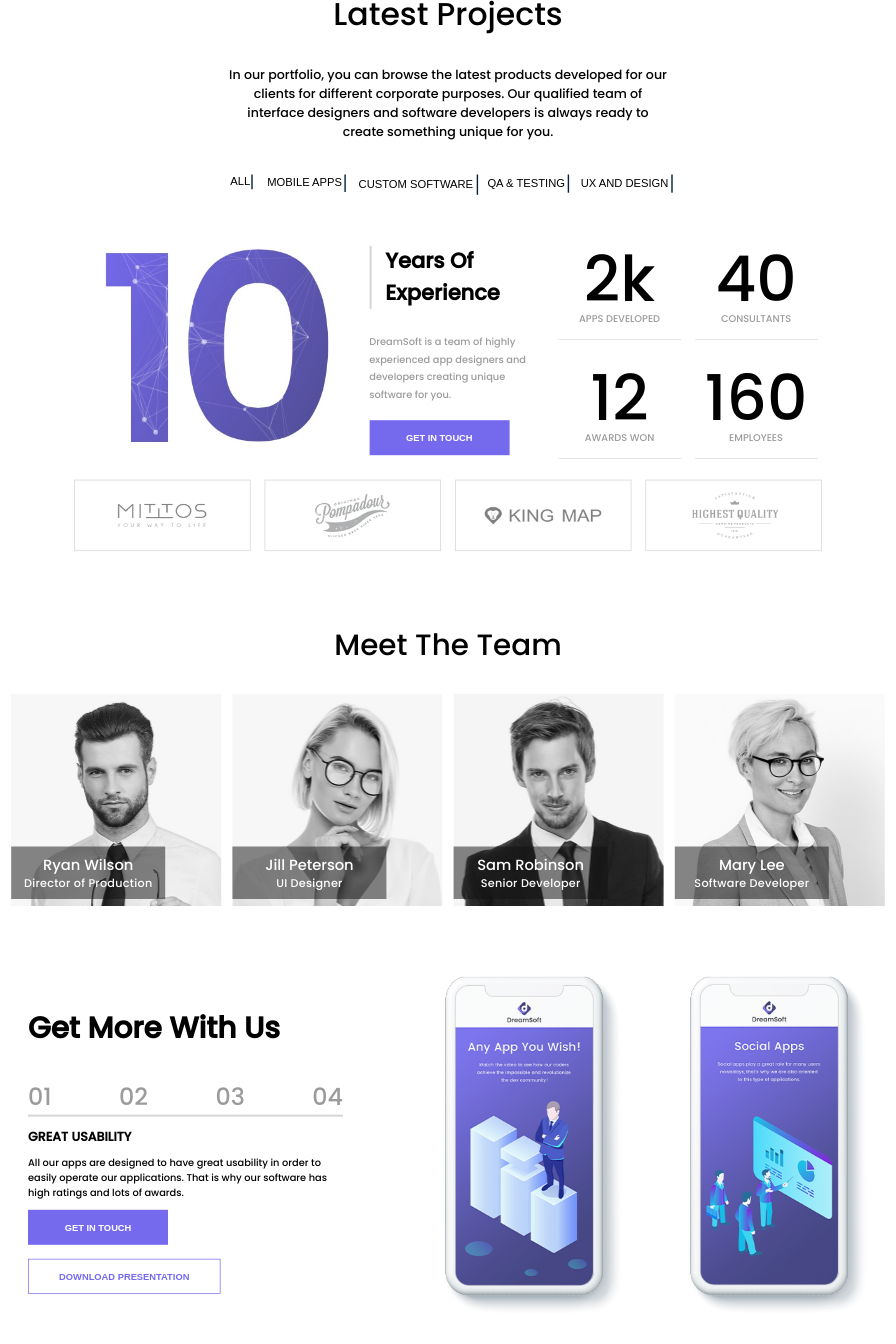
Repository: kkyler24/ladders-bootcamp-awesome
Page: index.html
These files come from the project's save history. The page is drawn as it stood at one moment and after the next save; the edit follows.
The browser window is 1280 px wide. The pictures show the part of the page from y = 1445 to 3365 px (the page is 6166 px tall before and 6173 px after), at 70% of full size.

Above is the page before, as saved 2021-03-20 10:29:13.

### index.html
<!DOCTYPE html>
<html lang="en">
  <head>
    <meta charset="UTF-8" />
    <meta name="viewport" content="width=device-width, initial-scale=1.0" />
    <link rel="stylesheet" href="style.css" />
    <link rel="stylesheet" href="kstyle.css" />
    <link rel="preconnect" href="https://fonts.gstatic.com">
    <link href="https://fonts.googleapis.com/css2?family=Poppins:wght@500&display=swap" rel="stylesheet">
    <title>Demo</title>
  </head>
  <body>
    <header></header>
    <nav class="container-nav">
      <a class="logopic">
        <img src="./img/jumbotron/logo-default-191x52.png" alt="MCLA LOGO"   height="63.99" width="220">
      </a>
      <div class="nav-link">
      <ul>
        <li class=" list-inline">
          <a href="./index.html">Home</a>
        </li>
        <li class="nav-item active list-inline">
          <a href="./index.html">About Us</a>
        </li>
        <li class="nav-item active list-inline">
          <a href="./index.html">Gallery</a>
        </li>
        <li class="nav-item active list-inline">
          <a href="./index.html">Pricing</a>
        </li>
        <li class="nav-item active list-inline">
          <a href="./index.html">Blog</a>
        </li>
      </ul>
    </div>
      <!-- <button></button> -->

    </nav>
    <!-- jumbotron 3 slides -->
    <div id="jumbotron" class="carousel">
      <!-- <ul class ="carousel-indicators">
          <li data-target="#carouselExampleCaptions" data-slide-to="0" class="active"></li>
          <li data-target="#carouselExampleCaptions" data-slide-to="1"></li>
          <li data-target="#carouselExampleCaptions" data-slide-to="2"></li>
          <li data-target="#carouselExampleCaptions" data-slide-to="3"></li>
      </ul> -->
      <div class="container-jumbo">
          <div class="carousel-item">
              <img id="jumboimgOne"src="./img/jumbotron/jess-bailey-q10VITrVYUM-unsplash.jpg"  alt="..." />
              <div class="jumboheadline">
                <h2 class="jumbotext">Mobile App Development</h2><br>
                  <div id="indext">
                    <p class="jumboPara"> Since our establishment, we have delivering high-quality and sutainable <br> software solutions for corporate purpose of worldwide business.</p>
                  </div>

              </div>
          </div>
          <!-- <div class="carousel-item">
              <img src="Assets/diversity2gether.jpg" class="d-block w-100" alt="..." />
              <div class="carousel-caption d-none d-md-block">
                  <h5>We Celebrate diversity</h5>
              </div>
          </div>
          <div class="carousel-item">
              <img src="Assets/womensrights.jpg" class="d-block w-100" alt="..." />
              <div class="carousel-caption d-none d-md-block">
                  <h5> We charise our choices</h5>
              </div>
          </div>
          <div class="carousel-item">
              <img src="Assets/climate.jpg" class="d-block w-100" alt="..." />
              <div class="carousel-caption d-none d-md-block">
                  <h5> We protect whats ours</h5>
              </div> -->
          </div>
      </div>
  </div>
  <!-- <a class="carousel-control-prev" href="#carouselExampleCaptions" role="button" data-slide="prev">
      <span class="carousel-control-prev-icon" aria-hidden="true"></span>
      <span class="sr-only">Previous</span>
  </a>
  <a class="carousel-control-next" href="#carouselExampleCaptions" role="button" data-slide="next">
      <span class="carousel-control-next-icon" aria-hidden="true"></span>
      <span class="sr-only">Next</span>
  </a> -->
</div>

    </section>

    <section class="all-service-section">
      <!-- see all services -->
          <div class="all-services-img">
            <img src="https://ld-wt73.template-help.com/wt_prod-18959/images/index-1-415x592.jpg" alt="" width="415" height="592">
          </div>

          <div class="all-services-container">

              <div class="corporate-solutions-block">
                <h3 class="all-services-h3">See All Services</h3>
                <button class="all-services-button">All Services</button>
              </div>
              <div class="corporate-solutions-block">
                <img src="./img/icon-phone.PNG" alt="">
                <h4 class="services-title-h4">CORPORATE SOLUTIONS</h4>
                <p class="corporate-solutions-text">Need specific software for your company? We are ready to develop it!</p>
              </div>
              <div class="corporate-solutions-block">
                <img src="./img/icon-headset.PNG" alt="">
                <h4 class="services-title-h4">CALL CENTER SOLUTIONS</h4>
                <p class="corporate-solutions-text">Our experts provide custom products of any complexity for call centers.</p>
              </div>
              <div class="corporate-solutions-block">
                <img src="./img/icon-cloud-box.PNG" alt="">
                <h4 class="services-title-h4">CLOUD DEVELOPMENT</h4>
                <p class="corporate-solutions-text">We can also offer you reliable cloud development solutions.</p>
              </div>

          </div>
    </section>

    <section id="sectThree">
      <!-- latest Projects -->
      <div class="latestPro">
        <h1 id="latestPro"> Latest Projects</h1>
        <p id="latestPara">In our portfolio, you can browse the latest products developed for our clients for different corporate purposes. Our qualified team of interface designers and software developers is always ready to create something unique for you.</p>
        <div id="latestRow">
         <div class="latestButtons"><button>All</button></div>
         <div class="latestButtons"><button>Mobile Apps</button></div>
         <div class="latestButtons"><button>custom Software</button></div>
         <div class="latestButtons"><button>QA & Testing</button></div>
         <div class="latestButtons"><button>UX and Design</button></div>
        </div>

      </div>
    </section>

    <section class="achievements-section">
      <!-- achievements -->
      <figure>
      <img src="./img/10.jpg" alt="Animated number ten" height="300" />
      </figure>
      <div class="years-of-experience-container">
        <h1>Years Of Experience</h1>
        <p>
          DreamSoft is a team of highly experienced app designers and developers
          creating unique software for you.
        </p>
        <button class="get-in-touch-button">Get in touch</button>
      </div>
      <div class="achievements-numbers-container">
        <div class="achievements-numbers-block">
          <h2>2k</h2>
          <p>APPS DEVELOPED</p>
        </div>
        <div class="achievements-numbers-block">
          <h2>40</h2>
          <p>CONSULTANTS</p>
        </div>
        <div class="achievements-numbers-block">
          <h2>12</h2>
          <p>AWARDS WON</p>
        </div>
        <div class="achievements-numbers-block">
          <h2>160</h2>
          <p>EMPLOYEES</p>
        </div>
      </div>
      <div class="logo-links-container">
        <figure>
          <img src="./img/clients-9-270x117.png" alt="Mittos Logo" >
        </figure>
        <figure>
          <img src="./img/clients-10-270x117.png" alt="Pompadour Logo" >
        </figure>
        <figure>
          <img src="./img/clients-3-270x117.png" alt="King Map Logo" >
        </figure>
        <figure>
          <img src="./img/clients-11-270x117.png" alt="Highest Quality Logo" >
        </figure>
      </div>
    </section>

    <section class="meet-the-team-section">
      <!-- meet the team -->
      <h2 class="meet-the-team-h2">Meet The Team</h2>

      <div class="meet-the-team-main-container">

          <div class="meet-team-block">
            <img src="./img/ryan-wilson.jpg" alt="">

            <div class="meet-team-text-block">
              <h4 class="meet-the-team-h4">Ryan Wilson</h4>
              <p class="meet-the-team-p">Director of Production</p>
            </div>
          </div>
          <div class="meet-team-block">
            <img src="./img/jill-peterson.jpg" alt="">

            <div class='meet-team-text-block'>
              <h4 class="meet-the-team-h4">Jill Peterson</h4>
              <p class="meet-the-team-p">UI Designer</p>
            </div>
          </div>
          <div class="meet-team-block">
            <img src="./img/sam-robinson.jpg" alt="">

            <div class='meet-team-text-block'>
              <h4 class="meet-the-team-h4">Sam Robinson</h4>
              <p class="meet-the-team-p">Senior Developer</p>
            </div>
          </div>
          <div class="meet-team-block">
            <img src="./img/mary-lee.jpg" alt="">

            <div class='meet-team-text-block'>
              <h4 class="meet-the-team-h4">Mary Lee</h4>
              <p class="meet-the-team-p">Software Developer</p>
            </div>
          </div>

      </div>
    </section>

    <section class="get-more-with-us-section">
      <!-- Get more with us -->
      <section class="get-more-with-us">
        <h1>Get More With Us</h1>
        <div class="numbers">
          <p>01</p>
          <p>02</p>
          <p>03</p>
          <p>04</p>
        </div>
        <h2>GREAT USABILITY</h2>
        <p class="get-more-about-project">
          All our apps are designed to have great usability in
          order to easily operate our applications.
          That is why our software has high ratings and lots of awards.
        </p>
        <button class="get-in-touch-button">Get in touch</button>
        <button class="download-presentation-button">Download presentation</button>
      </section>
      <img src="img/index-4-261x484.png" alt="Screen with Any App You Wish">
      <img src="img/index-5-261x484.png" alt="Screen with Socia Apps">
    </section>

    <section class="what-people-say-section">
      <!-- What People Say -->
      <h2 class="what-people-say-h2">What People Say</h2>

      <div class="what-people-say-main-container">

        <div class="client-container">
          <img src="./img/catherine-wilson.jpg" alt="">
          <div class="client-title">
            <h4 class="client-name-h4">Catherine Williams</h4>
            <p>Regular client</p>
          </div>
          <div class="client-body">
            <p class="client-body-p">DreamSoft offers a high caliber of resources skilled
            in Microsoft Azure .NET, mobile and Quality Assurance. They
            became our true business partners over the past three years.</p>
          </div>
        </div>
        <div class="client-container">
          <img src="./img/rupert-woods.jpg" alt="">
          <div class="client-title">
            <h4 class="client-name-h4">Rupert Wood</h4>
            <p>Regular client</p>
          </div>
          <div class="client-body">
            <p class="client-body-p">DreamSoft powered us with a competent team to develop
            products for banking services. The team has been delivering
            results within budget and time, which is amazing.</p>
          </div>
        </div>
        <div class="client-container">
          <img src="./img/samantha-brown.jpg" alt="">
          <div class="client-title">
            <h4 class="client-name-h4">Samantha Brown</h4>
            <p>Regular client</p>
          </div>
          <div class="client-body">
            <p class="client-body-p">DreamSoft is a highly skilled and uniquely capable
            firm with multitudes of talent on-board. We have
            results within budget and time, which is amazing.
            collaborated on a number of diverse projects that
            have been a great success.</p>
          </div>
        </div>

      </div>

    </section>

    <section class="latest-blog-posts-section">
      <h2 class="what-people-say-h2">Latest Blog Posts</h2>
      <div class="posts-container">
        <div class="post-block">
          <figure>
          <img class="post-cover" src="img/post-10-370x307.jpg">
          <img class="post-date-label" src="img/label.svg">
          <p class="post-label-date">07/04</p>
          </figure>
          <h4 class="block-post-h4">Benefits Of Async/Await</h4>
            <p class="blog-post-p">
            Asynchronous functions are a good and bad thing in JavaScript.
            The good side is that asynchronous functions are non-blocking and…
            </p>
        </div>
        <div class="post-block">
          <figure>
          <img class="post-cover" src="img/post-11-370x307.jpg">
          <img class="post-date-label" src="img/label.svg">
          <p class="post-label-date">07/17</p>
          </figure>
          <h4 class="block-post-h4">Key Considerations Of IPaaS</h4>
            <p class="blog-post-p">
              Digital transformation requires cloud appropriate adoption,
              legacy IT systems modernization, and Agile-based methodologies for faster…
            </p>
        </div>
        <div class="post-block">
          <figure>
          <img class="post-cover" src="img/post-12-370x307.jpg">
          <img class="post-date-label" src="img/label.svg">
          <p class="post-label-date">07/22</p>
          </figure>
          <h4 class="block-post-h4">Hibernate Query Language</h4>
            <p class="blog-post-p">
              In this tutorial, we will discuss the
              Hibernate Query Language. HQL is an object-oriented query language.
              Hibernate Query...
            </p>
        </div>
      </div>
    </section>

    <footer>
      <!-- contacts and info -->
      <section class="footer-contacts">
        <img src="img/logo-inverse-191x52.png" alt="DreamSoft Logo">
        <p class="about-company">
          Our company has been developing high-quality and reliable software
          for corporate needs since 2008. We are renowned professionals of
          software development.</p>
        <div class="address-block-container">
          <div class="one-contact-block">
            <h2>ADDRESS</h2>
            <p>4730 Crystal Springs Dr, Los Angeles, CA 90027</p>
          </div>
          <div class="one-contact-block">
            <h2>PHONES</h2>
            <p>
              <span class="changing-color">+1 323-913-4688</span>
              <span>,</span>
              <span class="changing-color">+1 323-888-4554</span>
            </p>
          </div>
          <div class="one-contact-block">
            <h2>E-MAILS</h2>
            <p>
              <span>info@demolink.org</span>
              <span>,</span>
              <span>mail@demolink.org</span>
            </p>
          </div>
          <div class="social-media-links-container">
            <img src="img/iconfinder_Circled_Facebook.svg" alt="Facebook Icon">
            <img src="img/iconfinder_Circled_Instagram.svg" alt="Facebook Icon">
            <img src="img/iconfinder_Circled_Linkedin.svg" alt="Facebook Icon">
            <img src="img/iconfinder_Circled_Twitter.svg" alt="Facebook Icon">
          </div>
        </div>
      </section>
      <form class="contact-form">
        <h1>Questions? Contact Us</h1>
        <input class="input-field-1" type="text" id="name" name="name" placeholder="Name"><br>
        <input class="input-field-1" type="text" id="email" name="email" placeholder="Email"><br>
        <input class="input-field-2" type="text" id="message" name="message" placeholder="Message"><br>
        <button class="send-message-button">Send message</button>
      </form>
      <section class="what-we-offer">
        <h1>What We Offer</h1>
        <div class="what-we-offer-container">
            <figure class="what-we-offer-item">
              <p>DB Management</p>
              <figure class="triangle"></figure>
            </figure>
            <figure class="what-we-offer-item">
              <p>IOS/MacOS</p>
              <figure class="triangle"></figure>
            </figure>
            <figure class="what-we-offer-item">
              <p>Android Apps</p>
              <figure class="triangle"></figure>
            </figure>
            <figure class="what-we-offer-item">
              <p>Windows Apps</p>
              <figure class="triangle"></figure>
            </figure>
            <figure class="what-we-offer-item">
              <p>UX/UI Apps</p>
              <figure class="triangle"></figure>
          </figure>
        </div>
        </section>
      </footer>
  </body>
</html>

### kstyle.css
html, body{
  overflow-x: hidden;


}

/* Navbar git  */
.container-nav {
  display: flex;
}

.list-inline {
  display: inline;
  list-style-type: none;
  padding-right: 10px;
  font-family: Georgia, "Times New Roman", Times, serif;
}

a.logopic {
  flex-flow: row;
  flex-grow: 3;
}

ul.li.a {
  font-family: "Poppins", sans-serif;
  font-weight: 500;
  color: black;
}

/* Jumbotron */
.jumboPara {
  text-align: center;
}

.jumbotron .container-jumbo {
  max-width: 100%;
  background-color: #222;
}

#jumbotron {
  padding: 30px 0px 30px 0px;
  max-width: 100%;
  text-align: center;
  background-color: transparent;
  overflow: hidden;
  font-family: "Raleway", Helvetica, Arial, sans-serif;
}

.container-jumbo {
  display: flex;
  width: 100%;
  margin: 0 auto;
  height: 561px;
}

.jumbotext {
  color: rgb(2, 2, 2);
  font-weight: 600;
  text-transform: uppercase;
  font-size: 60px;
}

.jumboheadline {
  display: flex;
  flex-direction: column;
  height: 506px;
  justify-content: flex-end;
}

#jumboimgOne {
  z-index: 0;
  position: absolute;
  display: flex;
  /* flex-grow: 1; */
  width: 100%;
  overflow-x: hidden;
}

.carousel-item {
  width: 100%;
}

.carousel-item,
.jumbotext,
#indext {
  position: relative;
  z-index: 2;
}

/* latest Section */

#sectThree{
  display: flex;
  font-family: "Poppins", sans-serif;
  text-align: center;
}

#latestPara{
 font-size: 18px;
 margin: auto 25% auto 25%;
}

#latestPro{
  font-size: 45px;
  font-weight: lighter;
}

#latestRow{
display: flex;
justify-content: center;
margin-top: 3%;
margin-bottom: 3%;


}
#latestRow button{
  padding: 3%;
  margin: 10px;
 font-size: 16px;
 background-color: transparent;
 border-right-width: 2px;
 border-color: rgb(10, 77, 145);
 border-left: none;
 border-top: none;
 border-bottom: none;
 width: max-content;
 text-transform: uppercase;


}

Loaded but not shown: style.css (628 lines, source omitted)

After the next save:
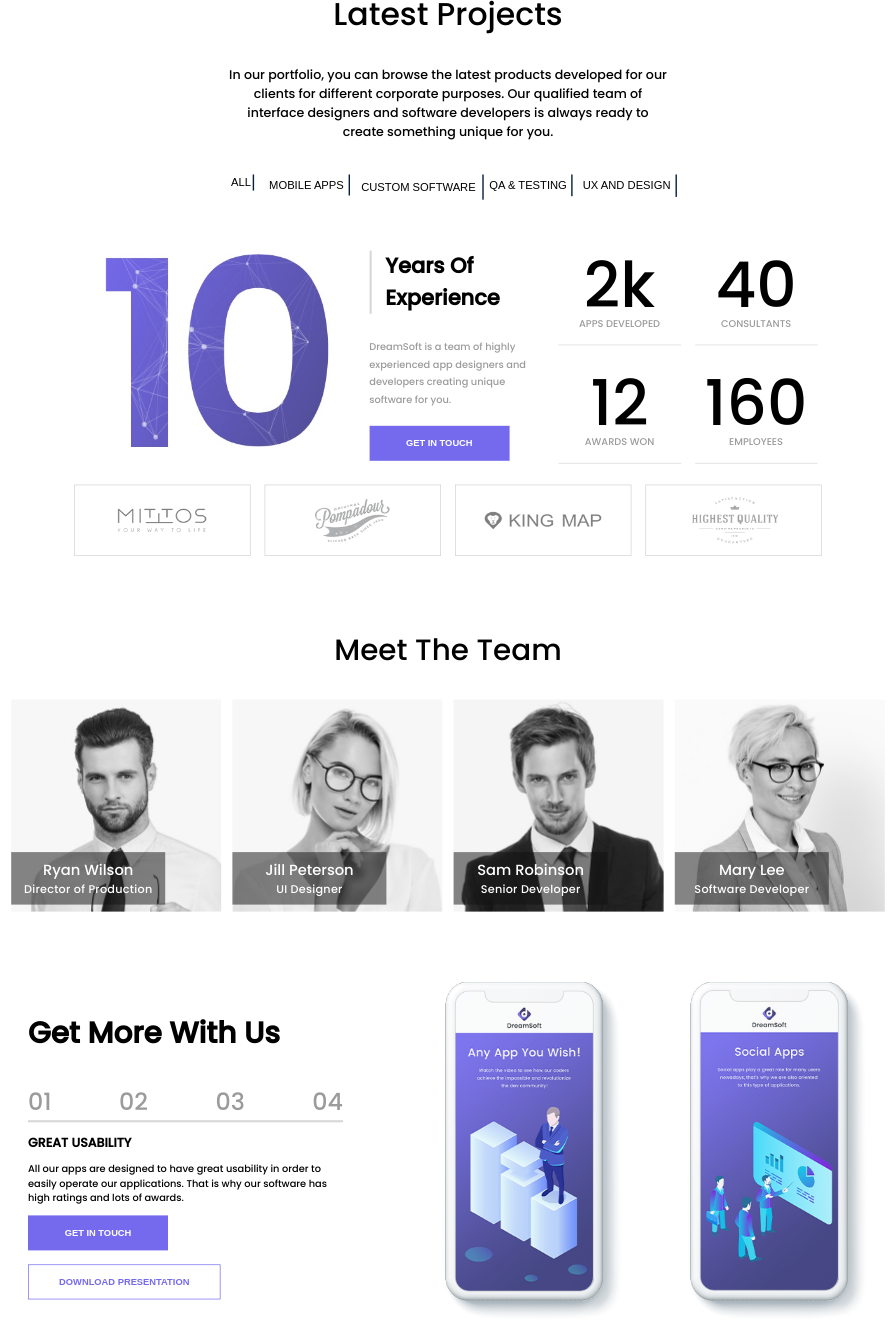
Saved 30 s later.
--- a/kstyle.css
+++ b/kstyle.css
@@ -114,7 +114,7 @@ margin-bottom: 3%;
 
 }
 #latestRow button{
-  padding: 3%;
+  padding: 5%;
   margin: 10px;
  font-size: 16px;
  background-color: transparent;
